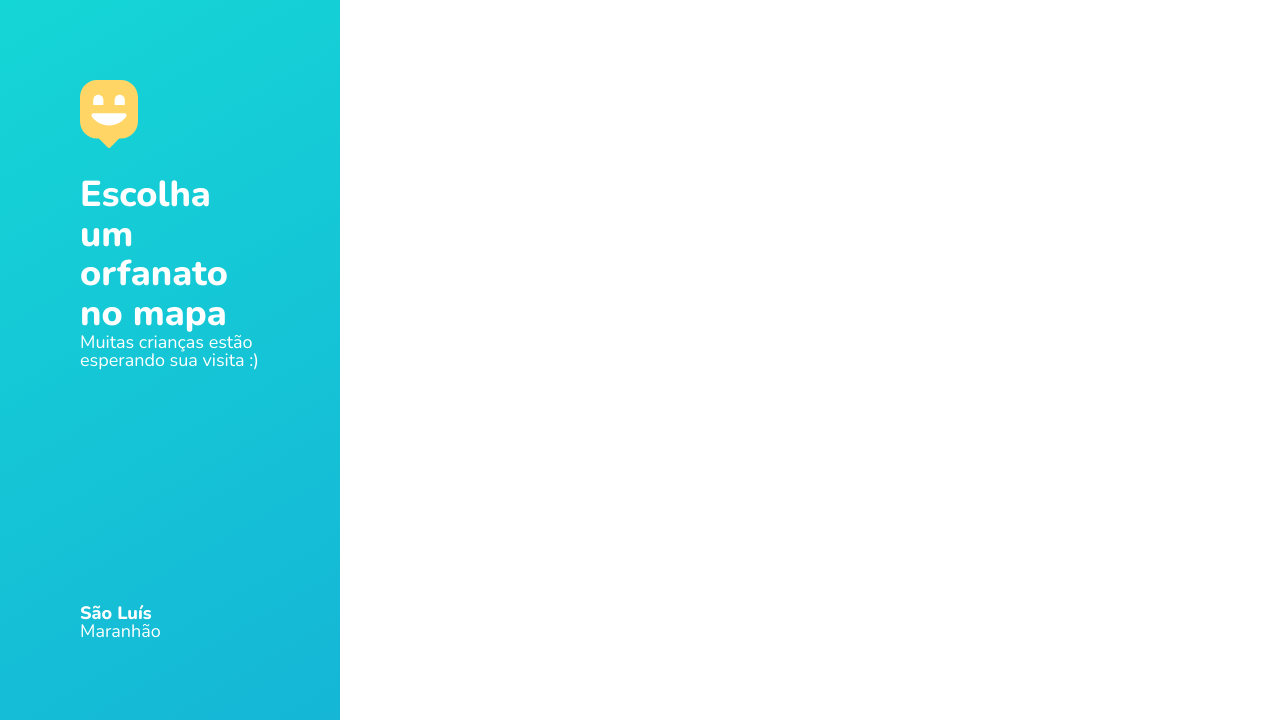
Repository: SrtaPoe/nlw
Page: orphanages.html
The author's editor kept a copy of each file at every save. The page is drawn from the files as they stood at one save, then again after the next save.
The browser window is 1280 px wide. The pictures show the whole page.

Above is the page before, as saved 2020-10-15 13:48:55.

### orphanages.html
<!DOCTYPE html>
<html lang="pt_BR">
  <head>
    <meta charset="UTF-8" />
    <meta name="viewport" content="width=device-width, initial-scale=1.0" />
    <meta http-equiv="X-UA-Compatible" content="ie=edge" />
    <title>Localize um orfanato | Happy</title>
    <link rel="icon" href="./public/images/logo-icon.png" />
    <link rel="stylesheet" href="/public/css/main.css" />
    <link rel="stylesheet" href="/public/css/page-orphanages.css">
    <link rel="stylesheet" href="/public/css/animation.css">
    <link href="https://fonts.googleapis.com/css2?family=Nunito:wght@400;600;800&display=swap" rel="stylesheet">
  </head>
  <body>
    <div id="page-orphanages">
      <aside>

        <header>
        <img src="./public/images/map-marker.svg" alt="Happy">
          <h2>Escolha um orfanato no mapa</h2>

          <p>Muitas crianças estão esperando sua visita :)</p>
      </header>

      <footer>
        <strong>São Luís</strong>
        <p>Maranhão</p>
      </footer>
      </aside>

      <div id="mapid">

          <a href="create-orphanage.html" class="create-orphanage" title="Cadastre um orfanato"></a>
          <img src="./public/images/plus.svg" alt="Criar orfanato">
      </div>
    </div>

  </body>
</html>

### public/css/main.css
*{
    margin: 0;
    padding:0;
    box-sizing: border-box;
}

body {
    height:100vh;
    color: white;
}

:root{
    font-size: 62.5%;
}

body, input, button, textarea {
    font-weight: 400;
    line-height: 1;
    font-size: 1.8rem;
    font-family: 'Nunito', sans-serif;
}

### public/css/page-orphanages.css
#page-orphanages {
    width:100%;
    height: 100%;
    display:flex;
}

aside {
    width: clamp(34rem, 24vw, 44rem);
    background: linear-gradient(329.54deg, #15B6D6 0%, #15D6D6 100%);
    padding: 8rem;
    display: flex;
    flex-direction: column;
    justify-content: space-between;
}

aside h2 {
    margin-top: 2.4rem;
    font: 800 3.6rem/1.1 'Nunito', sans serif;
}

### public/css/animation.css
@keyframes up {
    from {
    opacity: 0;
    transform: translateY(16px);
    }
    to {
        opacity: 1;
        transform: translateY(0);
    }
}

.animate-up {
    animation-name: up;
    animation-duration: 300ms;
    animation-fill-mode: backwards;
}

After the next save:
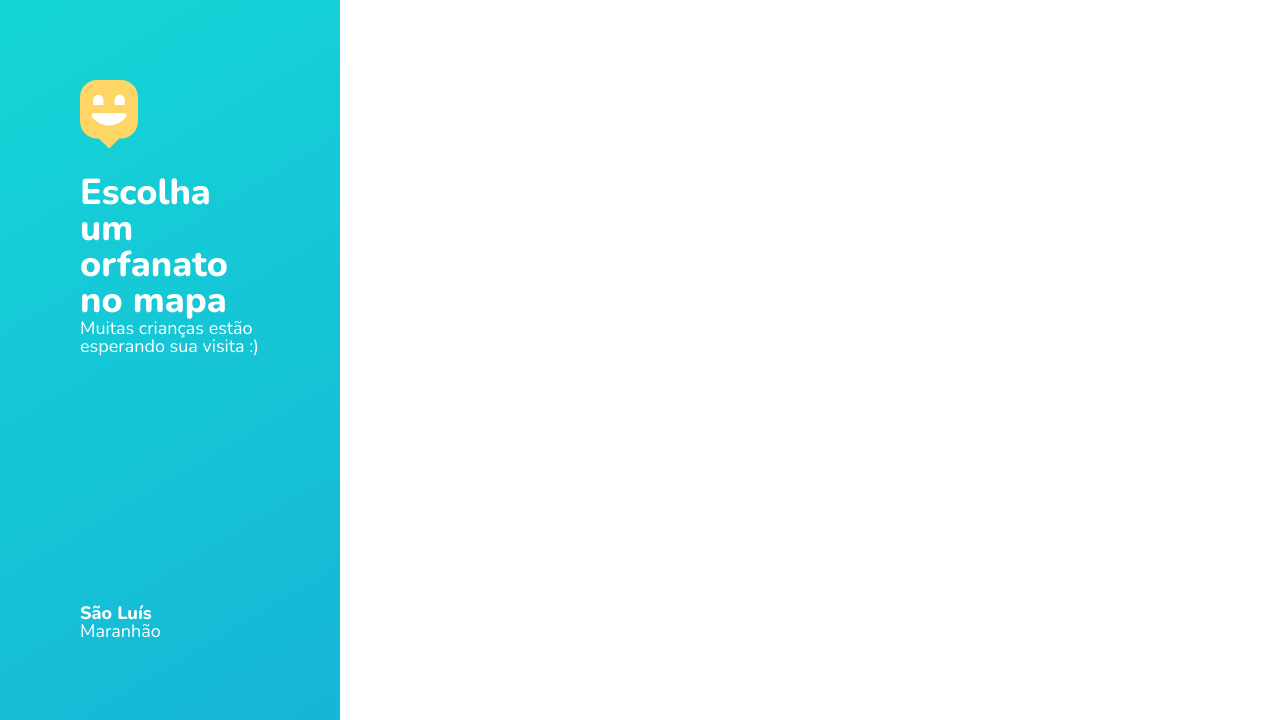
Saved 17 s later.
--- a/public/css/page-orphanages.css
+++ b/public/css/page-orphanages.css
@@ -15,5 +15,5 @@
 
 aside h2 {
     margin-top: 2.4rem;
-    font: 800 3.6rem/1.1 'Nunito', sans serif;
+    font: 800 3.6rem/1 'Nunito', sans serif;
 }
